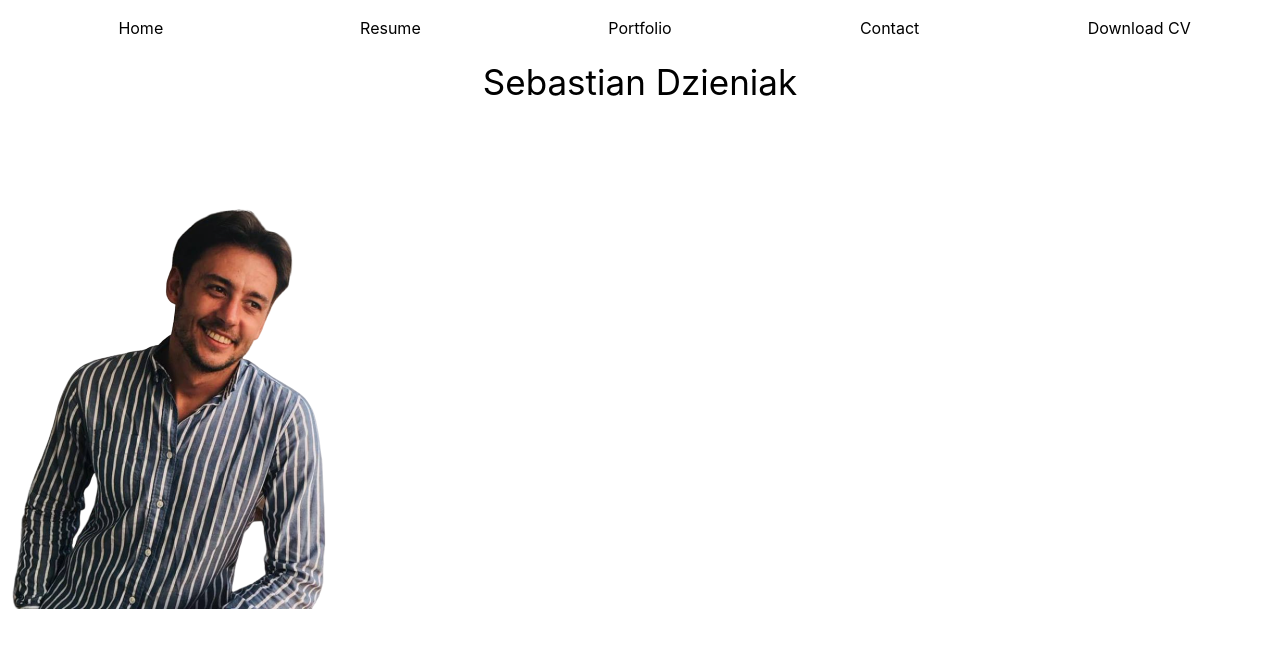
Repository: Code-Institute-Submissions/sebson1990-portfolio.sebastian
Page: index.html
The author's editor kept a record of every edit. The page is drawn from the files as they stood at one moment, then again after the next edit.
The browser window is 1280 px wide. The pictures show the whole page.

Above is the page before.

### index.html
<!DOCTYPE html>
<html lang="en">

<head>
    <meta charset="UTF-8">
    <meta name="viewport" content="width=device-width, initial-scale=1.0">
    <meta http-equiv="X-UA-Compatible" content="ie=edge">
    <title>Portfolio Sebastian Dzieniak</title>
    <link rel="stylesheet" href="https://stackpath.bootstrapcdn.com/bootstrap/4.3.1/css/bootstrap.min.css" type="text/css">
    <link rel="stylesheet" href="css/style.css" type="text/css" />
</head>

<body>
    <ul class="nav nav-pills nav-justified navbar">
        <li class="nav-item nav-blocks">
            <a class="nav-link menu-item" href="#">Home</a>
        </li>
        <li class="nav-item nav-blocks">
            <a class="nav-link menu-item" href="#">Resume</a>
        </li>
        <li class="nav-item nav-blocks">
            <a class="nav-link menu-item" href="#">Portfolio</a>
        </li>
        <li class="nav-item nav-blocks">
            <a class="nav-link menu-item" href="#">Contact</a>
        </li>
        <li class="nav-item nav-blocks">
            <a class="nav-link menu-item" href="#">Download CV</a>
        </li>
    </ul>
    <row>
        <div class="col-12 logo">Sebastian Dzieniak</div>
    </row>
    <div>
        <img class="profilepic" src="assets/profile3.png" alt="profile picture">
    </div>
    </section>
</body>

</html>

### css/style.css

/*-------------------navbar*/

.menu-item {
    color: black;
}


.logo {
    font-size: 35px;
    color: black;
    text-align: center;
}

.navbar{
    text-align: center;
}

After the next edit:
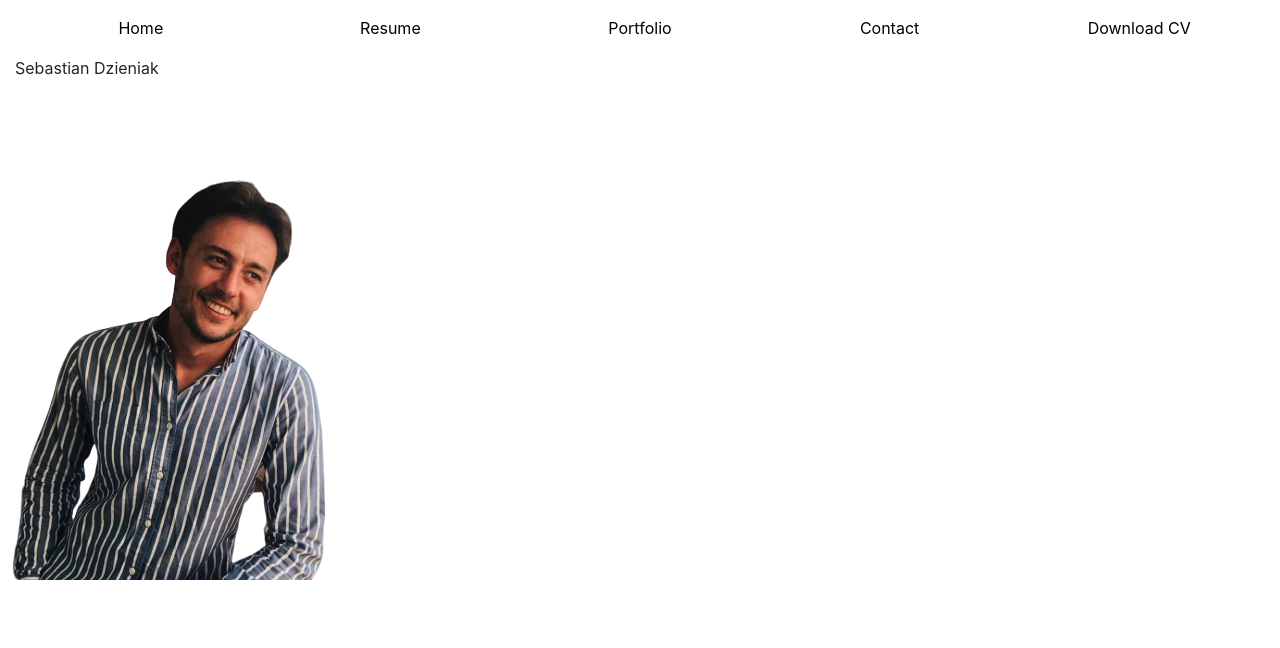
The edit:
--- a/css/style.css
+++ b/css/style.css
@@ -6,11 +6,7 @@
 }
 
 
-.logo {
-    font-size: 35px;
-    color: black;
-    text-align: center;
-}
+
 
 .navbar{
     text-align: center;

After the edit that followed:
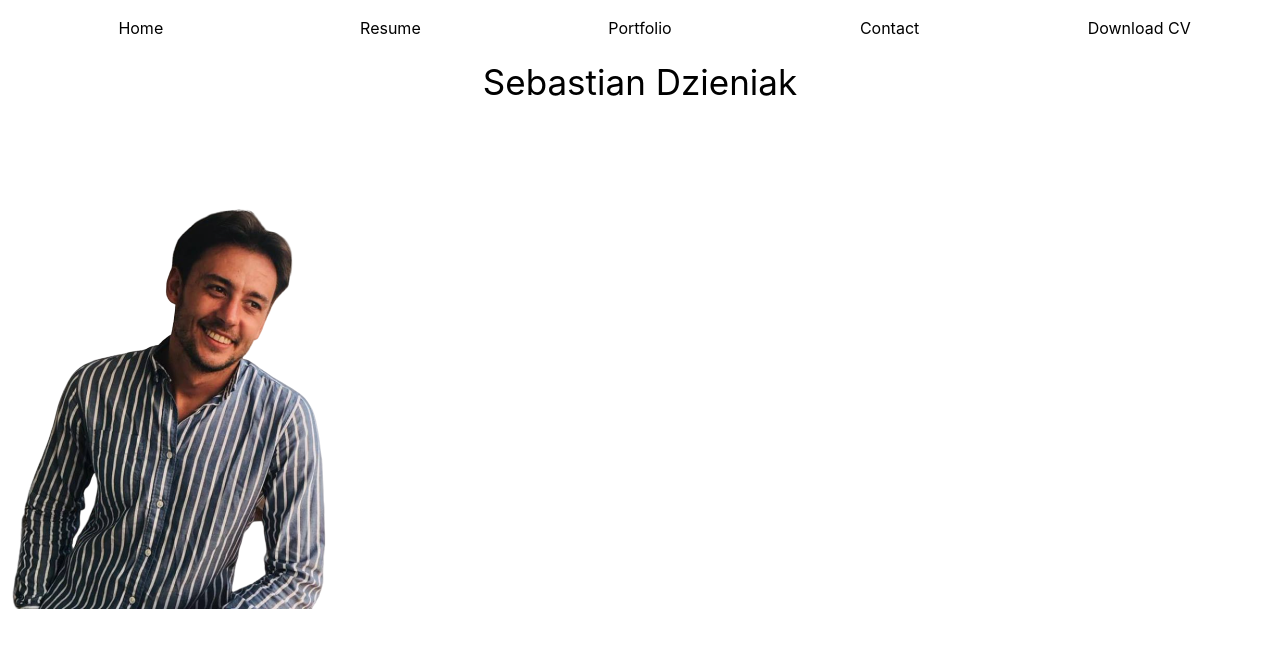
The edit:
--- a/css/style.css
+++ b/css/style.css
@@ -1,5 +1,10 @@
 
 /*-------------------navbar*/
+.logo {
+    font-size: 35px;
+    color: black;
+    text-align: center;
+}
 
 .menu-item {
     color: black;
